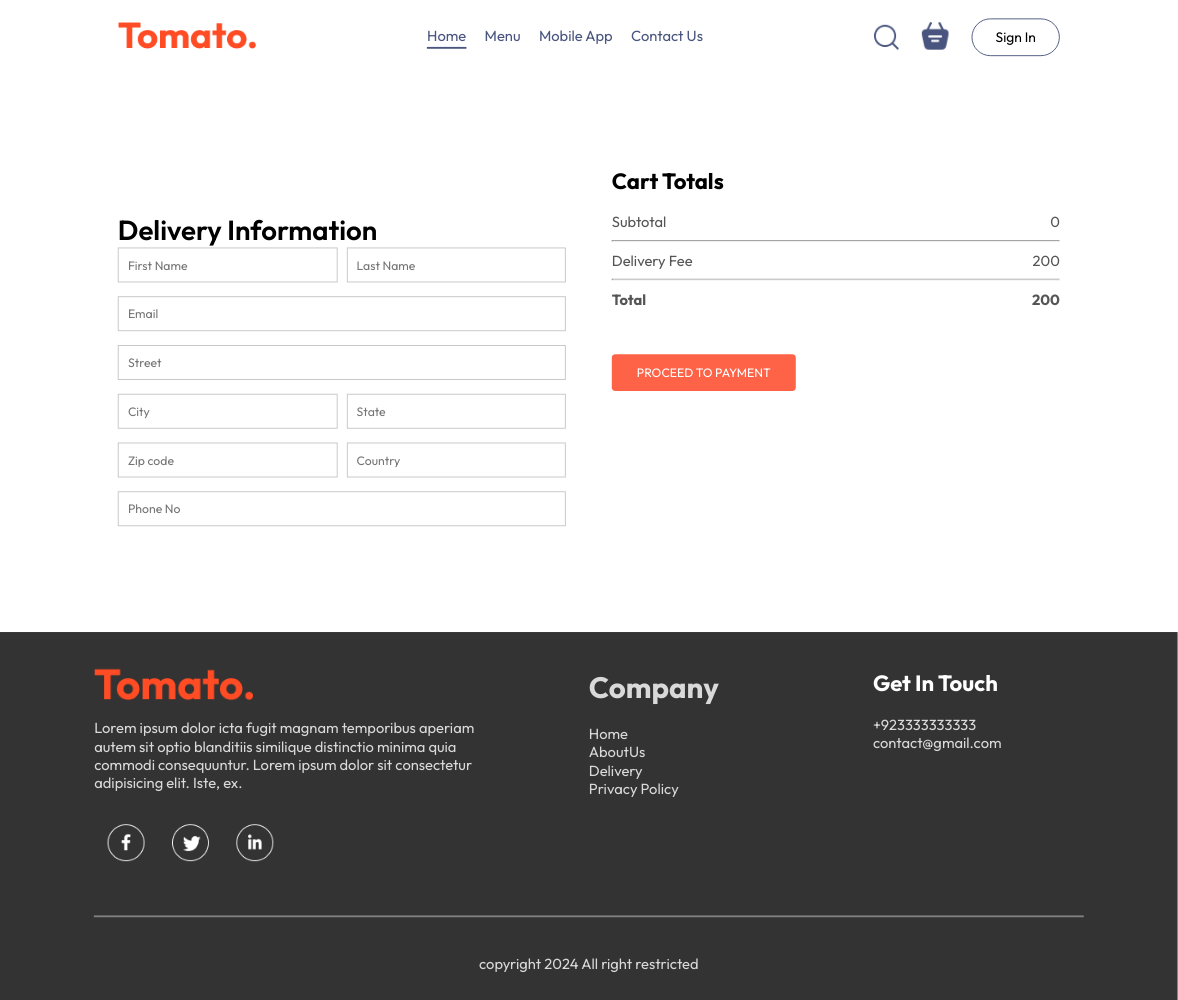
Repository: Attar786/Food-ordering-app
Page: /order (app in frontend/)
An editor plug-in stored every save of this project. The page is shown before and after the next save, followed by the edit.
The browser window is 1280 px wide. The pictures show the whole page, at 92% of full size.
The project was rebuilt for these pictures with package versions that can differ from the ones it lists, and the page was loaded fresh each time. Also part of the build but not shown: frontend/vite.config.js, frontend/src/components/Header/Header.css, frontend/src/components/Header/Header.jsx, frontend/src/components/ExploreMenu/ExploreMenu.css, frontend/src/components/ExploreMenu/ExploreMenu.jsx, frontend/src/components/FoodDisplay/FoodDisplay.css, frontend/src/components/FoodItem/FoodItem.css, frontend/src/components/FoodItem/FoodItem.jsx and 7 more.

Above is the page before, as saved 2024-07-30 20:51:40.

After the next save:
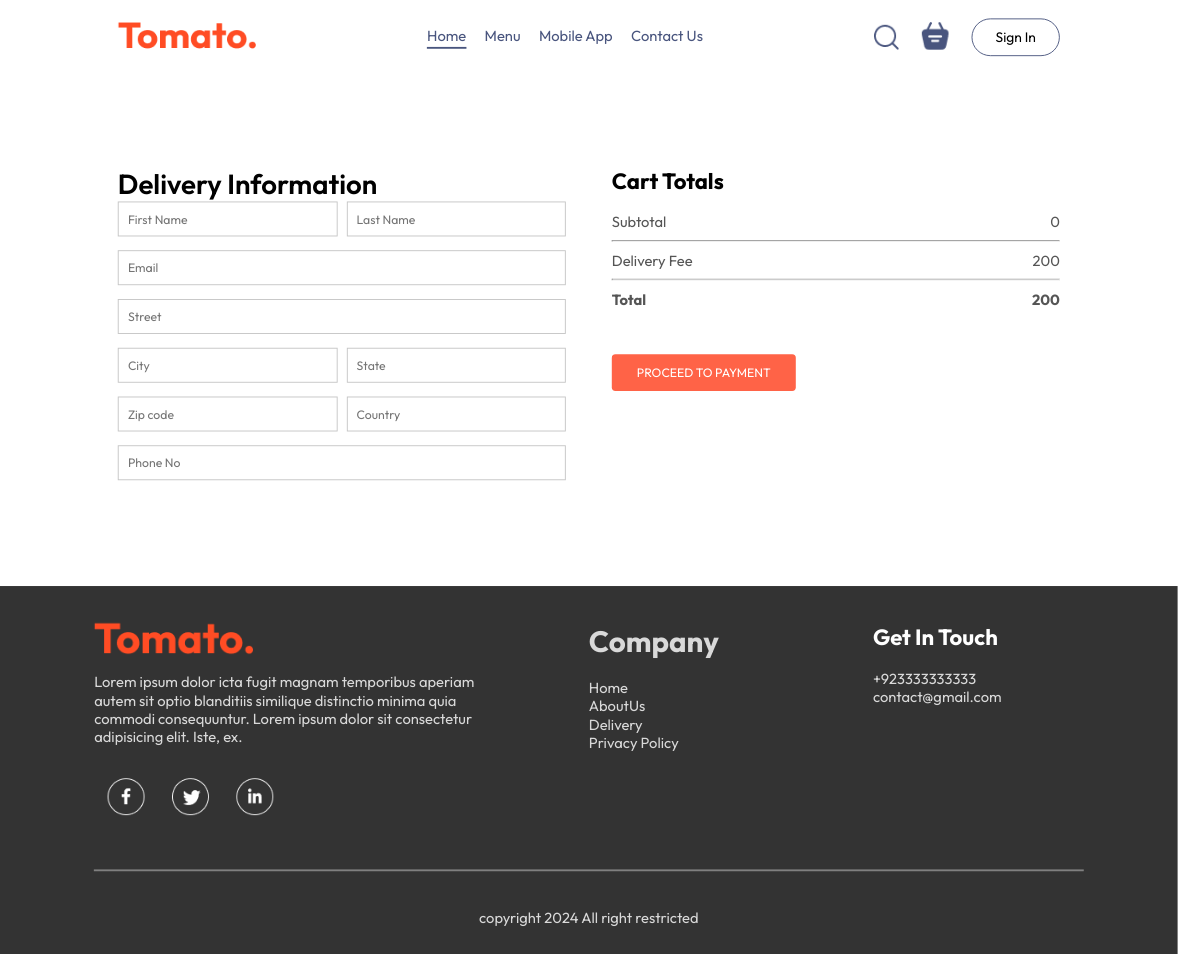
Saved 14 s later.
--- a/frontend/src/pages/PlaceOrder/PlaceOrder.css
+++ b/frontend/src/pages/PlaceOrder/PlaceOrder.css
@@ -14,7 +14,7 @@
 .place-order-left .title{
     font-size: 30px;
     font-weight: 600;
-    margin-top: 50px;
+    /* margin-top: 50px; */
 }
 .place-order-left input{
     margin-bottom: 15px;

After the save that followed:
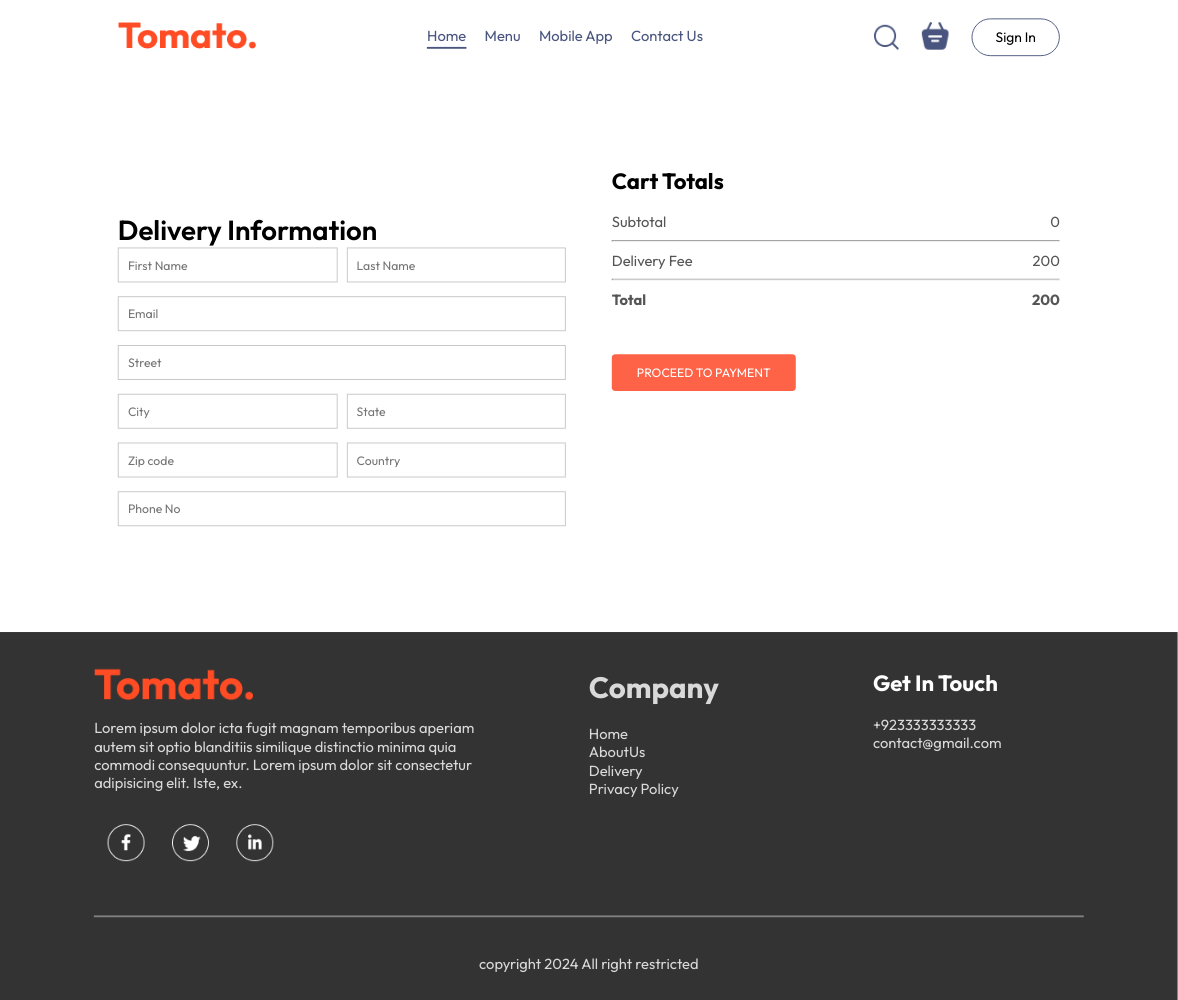
Saved 11 s later.
--- a/frontend/src/pages/PlaceOrder/PlaceOrder.css
+++ b/frontend/src/pages/PlaceOrder/PlaceOrder.css
@@ -14,7 +14,7 @@
 .place-order-left .title{
     font-size: 30px;
     font-weight: 600;
-    /* margin-top: 50px; */
+    margin-top: 50px;
 }
 .place-order-left input{
     margin-bottom: 15px;
